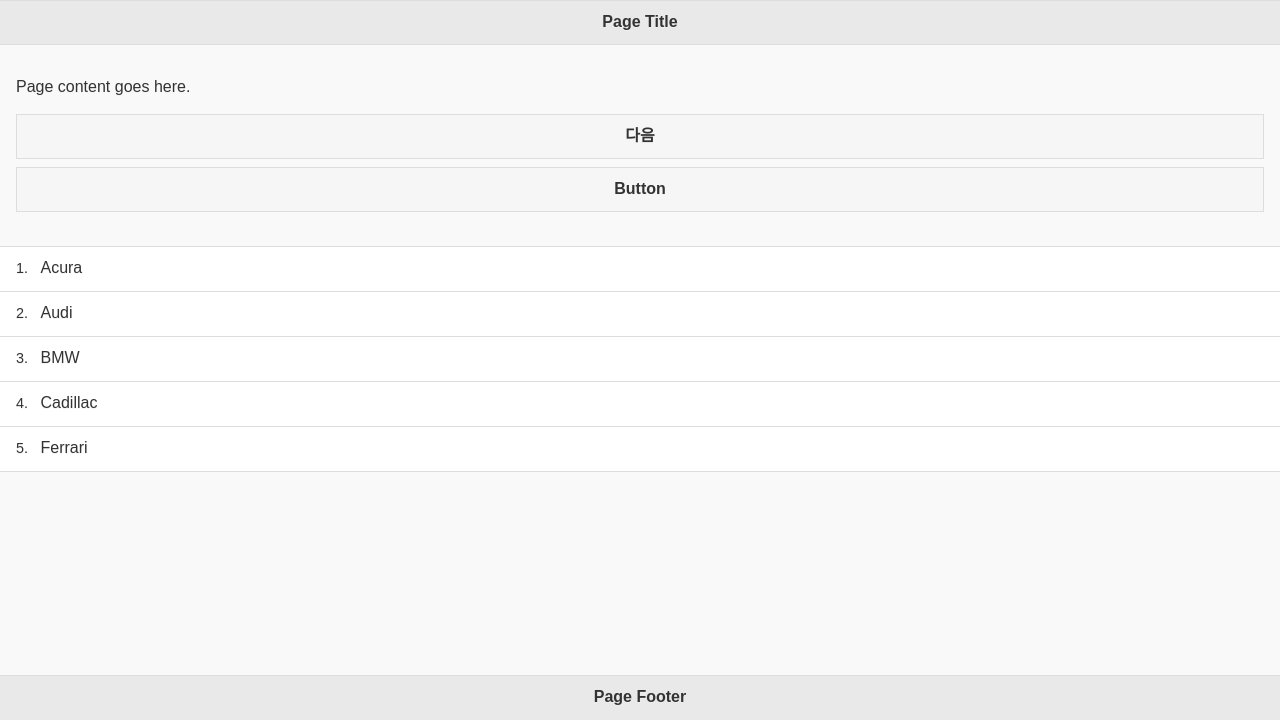
Repository: choigobin/Programming
Page: YangJung/workspace/p1028/WebContent/jquery/1.html
An editor plug-in stored every save of this project. The page is shown before and after the next save, followed by the edit.
The browser window is 1280 px wide. The pictures show the whole page.

Above is the page before, as saved 2019-10-28 07:04:23.

After the next save:
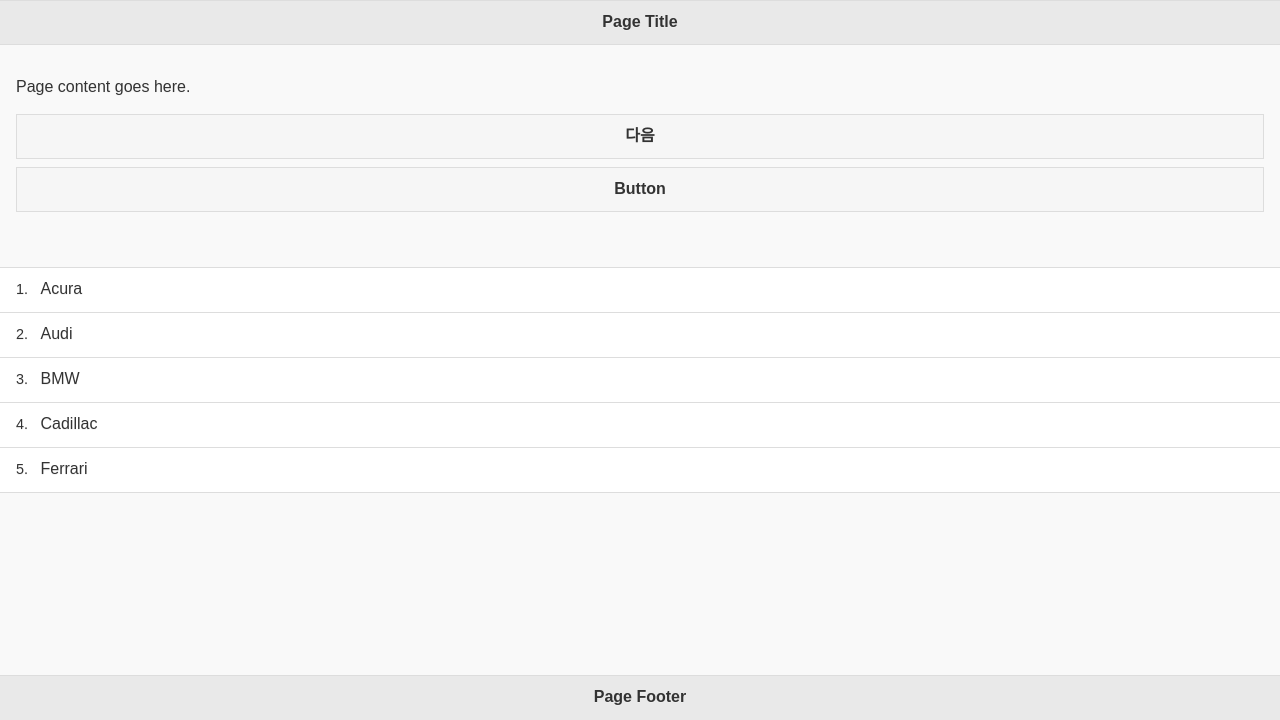
Saved 8 s later.
--- a/YangJung/workspace/p1028/WebContent/jquery/1.html
+++ b/YangJung/workspace/p1028/WebContent/jquery/1.html
@@ -19,7 +19,7 @@
 	<div role="main" class="ui-content">
 		<p>Page content goes here.</p>
 		<a href="https://www.daum.net" class="ui-btn">다음</a>
-		<button class="ui-btn">Button</button> <br /><br />
+		<button class="ui-btn">Button</button> <br /><br /><br />
 		<ol data-role="listview">
 			<li>Acura</li>
 			<li>Audi</li>
